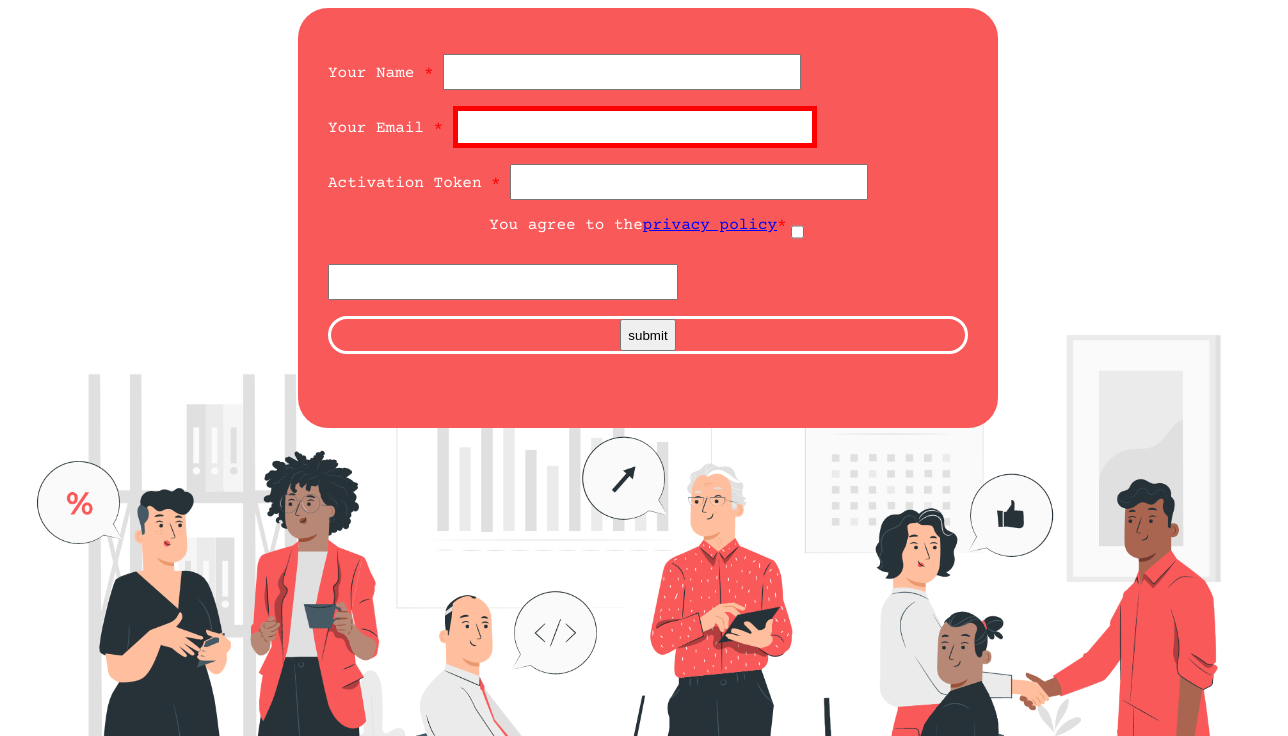
Repository: Rachael4life/Assignment-1
Page: starter-code/src/index.html
An editor plug-in stored every save of this project. The page is shown before and after the next save, followed by the edit.
The browser window is 1280 px wide. The page is 1288 px wide, so the pictures cover 1288 px, including what lies to the right of the window. The pictures show the whole page.

Above is the page before, as saved 2022-02-25 16:54:29.

After the next save:
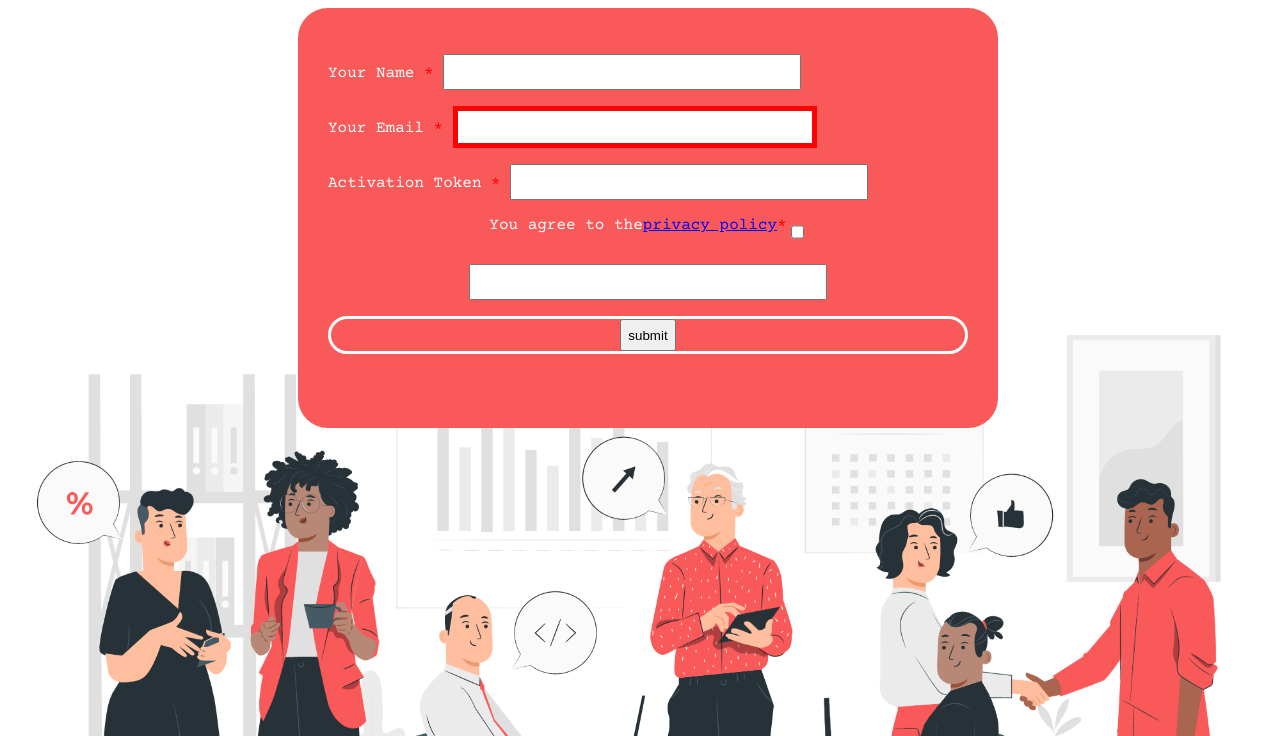
Saved 14 s later.
--- a/starter-code/src/style.css
+++ b/starter-code/src/style.css
@@ -26,7 +26,6 @@ form {
     align-content: center;
     justify-content: center;
     display: flex;
-    width: 350px;
 }
 #gogi {
     display: flex;
